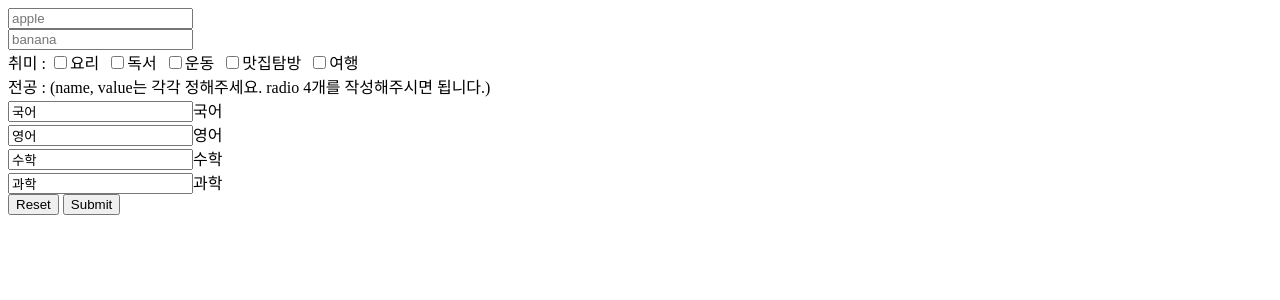
Repository: eun-chongzzz/jsp_practice
Page: http://localhost/JSPBasic/jspObject/1.requests/req_param_send.jsp
These files come from the project's save history. The page is drawn as it stood at one moment and after the next save; the edit follows.
The browser window is 1280 px wide. The pictures show the whole page.
The page is served by Tomcat 9.

Above is the page before, as saved 2022-02-03 06:34:42.

After the next save:
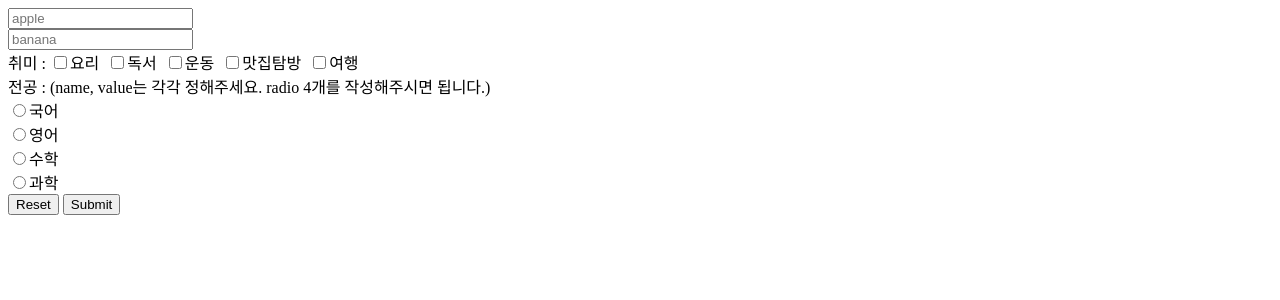
Saved 59 s later.
--- a/JSPBasic/src/main/webapp/jspObject/1.requests/req_param_send.jsp
+++ b/JSPBasic/src/main/webapp/jspObject/1.requests/req_param_send.jsp
@@ -27,10 +27,10 @@ form의 action이 바로 목적지를 적는 부분임.
 		<input type="checkbox" name="hobby" value="여행">여행&nbsp;<br>
 
 		전공 : (name, value는 각각 정해주세요. radio 4개를 작성해주시면 됩니다.)<br>
-		<input type="ridio" name="class" value="국어">국어&nbsp;<br>
-		<input type="ridio" name="class" value="영어">영어&nbsp;<br>
-		<input type="ridio" name="class" value="수학">수학&nbsp;<br>
-		<input type="ridio" name="class" value="과학">과학&nbsp;<br>
+		<input type="radio" name="class" value="국어">국어&nbsp;<br>
+		<input type="radio" name="class" value="영어">영어&nbsp;<br>
+		<input type="radio" name="class" value="수학">수학&nbsp;<br>
+		<input type="radio" name="class" value="과학">과학&nbsp;<br>
 
 
 
